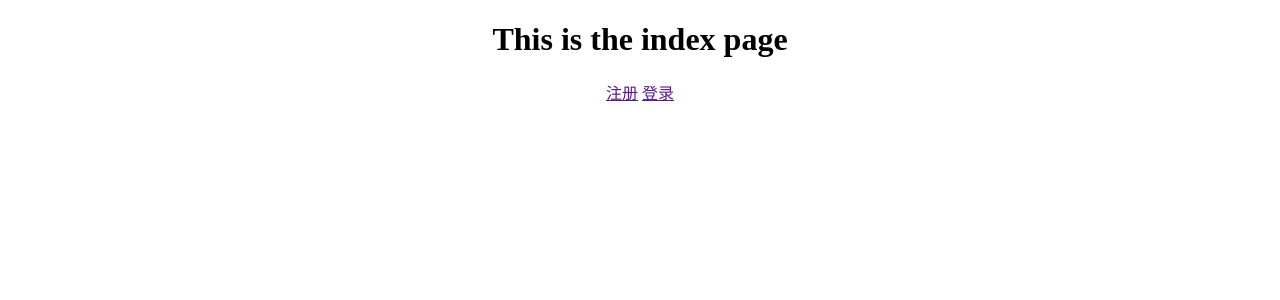
Repository: qizheng-jin/java_practice
Page: Socket_Practice/Webapps/html_files/index.html
These files come from the project's save history. The page is drawn as it stood at one moment and after the next save; the edit follows.
The browser window is 1280 px wide. The pictures show the whole page.

Above is the page before, as saved 2021-03-02 06:41:08.

### Socket_Practice/Webapps/html_files/index.html
<!DOCTYPE html>
<html>
	<head>
		<meta charset="utf-8">
		<title>index</title>
	</head>
	<body>
		<center>
			<h1>This is the index page</h1>
			<a href="">注册</a>
			<a href="">登录</a>
		</center>
	</body>
</html>

After the next save:
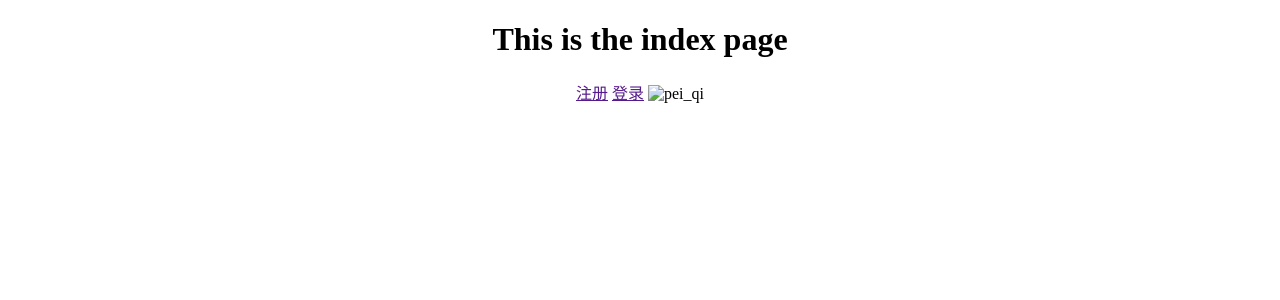
Saved 31 s later.
--- a/Socket_Practice/Webapps/html_files/index.html
+++ b/Socket_Practice/Webapps/html_files/index.html
@@ -9,6 +9,7 @@
 			<h1>This is the index page</h1>
 			<a href="">注册</a>
 			<a href="">登录</a>
+			<img src"../img/pei_qi.jpg" alt="pei_qi">
 		</center>
 	</body>
 </html>
